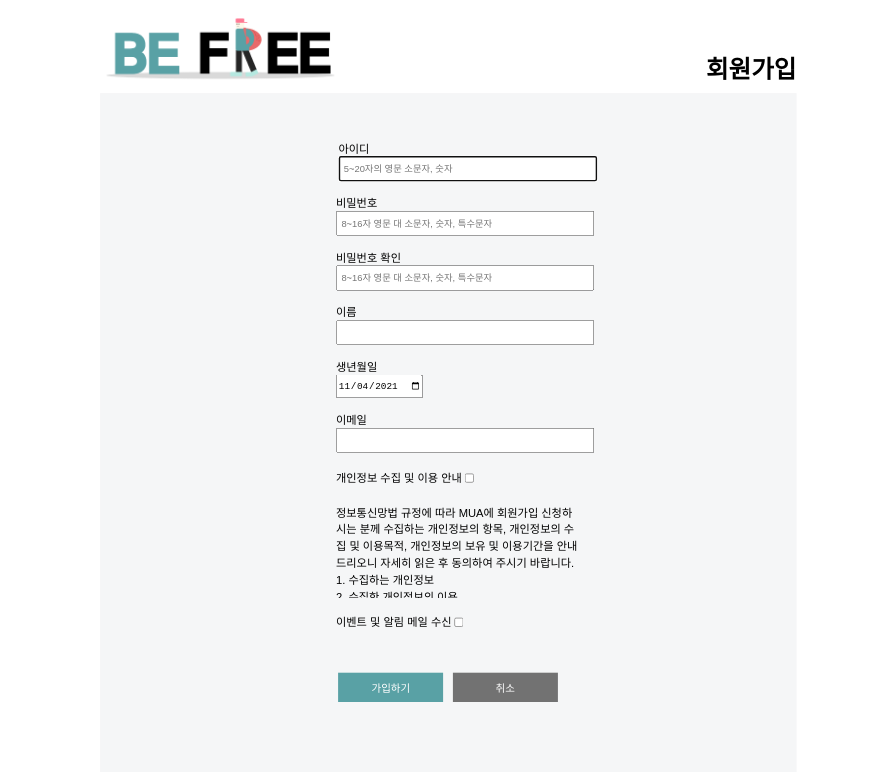
Repository: 1912087/Klavier_Piano
Page: http://localhost/notice/join.jsp
These files come from the project's save history. The page is drawn as it stood at one moment and after the next save; the edit follows.
The browser window is 1280 px wide. The pictures show the part of the page from y = 0 to 1920 px (the page is 1103 px tall before and 3263 px after), at 70% of full size.
Some web fonts or font styles are not loaded; a fallback is used. The page is served by Tomcat 9. Other server files are loaded and not shown.

Above is the page before, as saved 2021-11-08 18:16:27.

### Notice/notice/WebContent/join.jsp
<%@ page language="java" contentType="text/html; charset=EUC-KR"
    pageEncoding="EUC-KR"%>

<!DOCTYPE html>
<html>
    <head>
        <meta charset="UTF-8">
        <title>BE FREE</title>
        <script src ="https://cdnjs.cloudflare.com/ajax/libs/jquery/3.3.1/jquery.js"></script>
        <link href="https://fonts.googleapis.com/css?family=Bungee+Inline&display=swap" rel="stylesheet">
        <link href="https://fonts.googleapis.com/css2?family=Varela+Round&display=swap" rel="stylesheet">

        <link rel="preconnect" href="https://fonts.googleapis.com">
        <link rel="preconnect" href="https://fonts.gstatic.com" crossorigin>
        <link href="https://fonts.googleapis.com/css2?family=Gowun+Dodum&display=swap" rel="stylesheet">

        <style>
            body{font-family: 'Gowun Dodum', sans-serif;}
            ul {list-style-type: none;}
            a {text-decoration: none; color:black;}
            input {height:30px;}

            .all {
                padding-top:15px;
                margin:0 auto;
                width:995px;
            }
            .logo{
                display: flex;
                width: 341px;
                float: left;
            }
            .aa {
                /*height:1200px;*/
                background-color: #f5f6f7;
                padding-top: 50px;
                position: relative;
                top: 110px;
                padding-bottom: 100px;
            }

            h2 {
                font-size: 35px;
                margin: 0px;
                float: right;
                text-align: right;
                z-index: -1000;
                width: 200px;
                margin-top: 47px;
            }

            .aa li, .a2 div { margin-left:50px;}

            .a2 {
                width:500px;
                margin:0 auto;

            }
            .btn {text-align: center;}
            .ch {position: relative; top:-10px;}
            .btn1{
                background-color: rgb(89, 161, 165);
                width: 150px;
                height: 42px;
                border: none;
            }
            .btn1 a{color: white; font-family: 'Gowun Dodum', sans-serif; font-size: 15px;}
            .btn2{
                background-color: rgb(114, 114, 114);
                width: 150px;
                height: 42px;
                border: none;
            }
            .btn2 a{color: white; font-family: 'Gowun Dodum', sans-serif; font-size: 15px;}
        </style>
    </head>
    <body>
        <div class="all">
            <header>
                <div class="name">
                    <a href="main.html"><img class="logo" src="images/BE_FREE.png"></a>
                    <h2>회원가입</h2>
                </div>
            </header>

			<form method="post" action="joinAction.jsp">
	            <div class="aa">
	                <div class="a2">
	                    <ul>
	                        <li><label>아이디</label><br><input type="id"size="43" placeholder=" 5~20자의 영문 소문자, 숫자" autofocus required></li><br>
	                        <li><label>비밀번호</label><br><input type="password" size="43" placeholder=" 8~16자 영문 대 소문자, 숫자, 특수문자"required></li><br>
	                        <li><label>비밀번호 확인</label><br><input type="password" size="43" placeholder=" 8~16자 영문 대 소문자, 숫자, 특수문자"required></li><br>
	                        <li><label>이름</label><br><input type="naeme" size="43"required></li><br>

	                        <li><label>생년월일</label><br><input type="date" placeholder="2000-01-01" id="birth"></li><br>
	                        <script type="text/javascript">
								window.onload = function() {
									today = new Date();
									console.log("today.toISOString() >>>" + today.toISOString());
									today = today.toISOString().slice(0, 10);
									console.log("today >>>> " + today);
									bir = document.getElementById("birth");
									bir.value = today;
								}
							</script>


	                        <li><label>이메일</label><br><input type="email" size="43" class="userEmail"></li><br>
	                        <li><label class="ch">개인정보 수집 및 이용 안내</label><input type="checkbox" ></li>
	                        <div style="overflow:scroll; width:350px; height:150px;">
	                            <p>정보통신망법 규정에 따라 MUA에 회원가입 신청하시는 분께 수집하는 개인정보의 항목, 개인정보의 수집 및 이용목적, 개인정보의 보유 및 이용기간을 안내 드리오니 자세히 읽은 후 동의하여 주시기 바랍니다.<br>
	                                1. 수집하는 개인정보<br>
	                                2. 수집한 개인정보의 이용<br>
	                                3. 개인정보의 파기<br></p>
	                        </div><br>
	                        <li><label class="ch">이벤트 및 알림 메일 수신</label><input type="checkbox"></li><br>
	                    </ul>
	                </div>
	                <br>
	                <div class="btn">
	                    <button class="btn1"><a href="#">가입하기</a></button> &nbsp;
	                    <button class="btn2"><a href="main.html">취소</a></button>
	                </div>
	            </div>
	       </form>
        </div>
    </body>
</html>

After the next save:
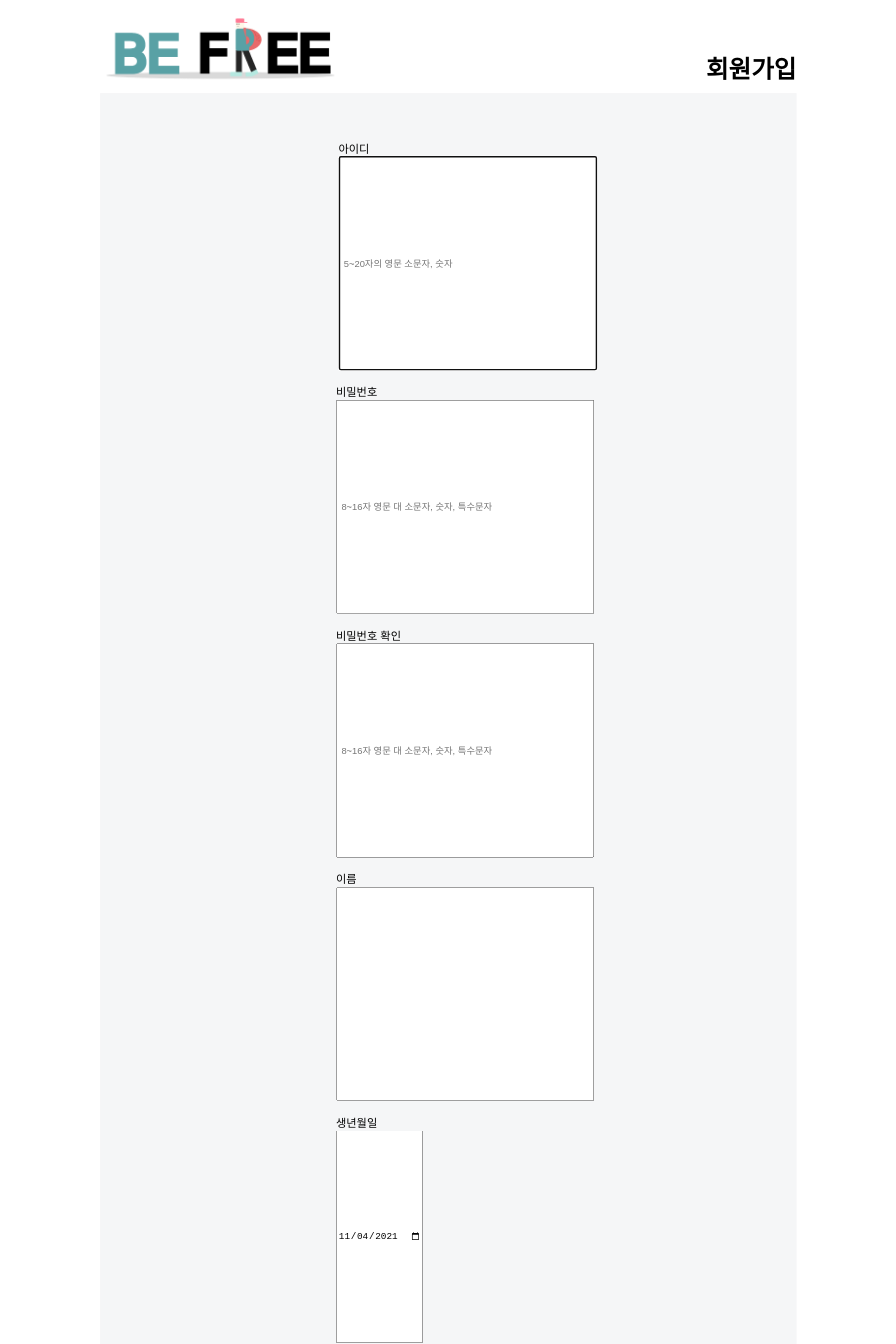
Saved 6 min 52 s later.
--- a/Notice/notice/WebContent/join.jsp
+++ b/Notice/notice/WebContent/join.jsp
@@ -18,8 +18,7 @@
             body{font-family: 'Gowun Dodum', sans-serif;}
             ul {list-style-type: none;}
             a {text-decoration: none; color:black;}
-            input {height:30px;}
-
+            input {height:30px; height: 300px;}
             .all {
                 padding-top:15px;
                 margin:0 auto;
